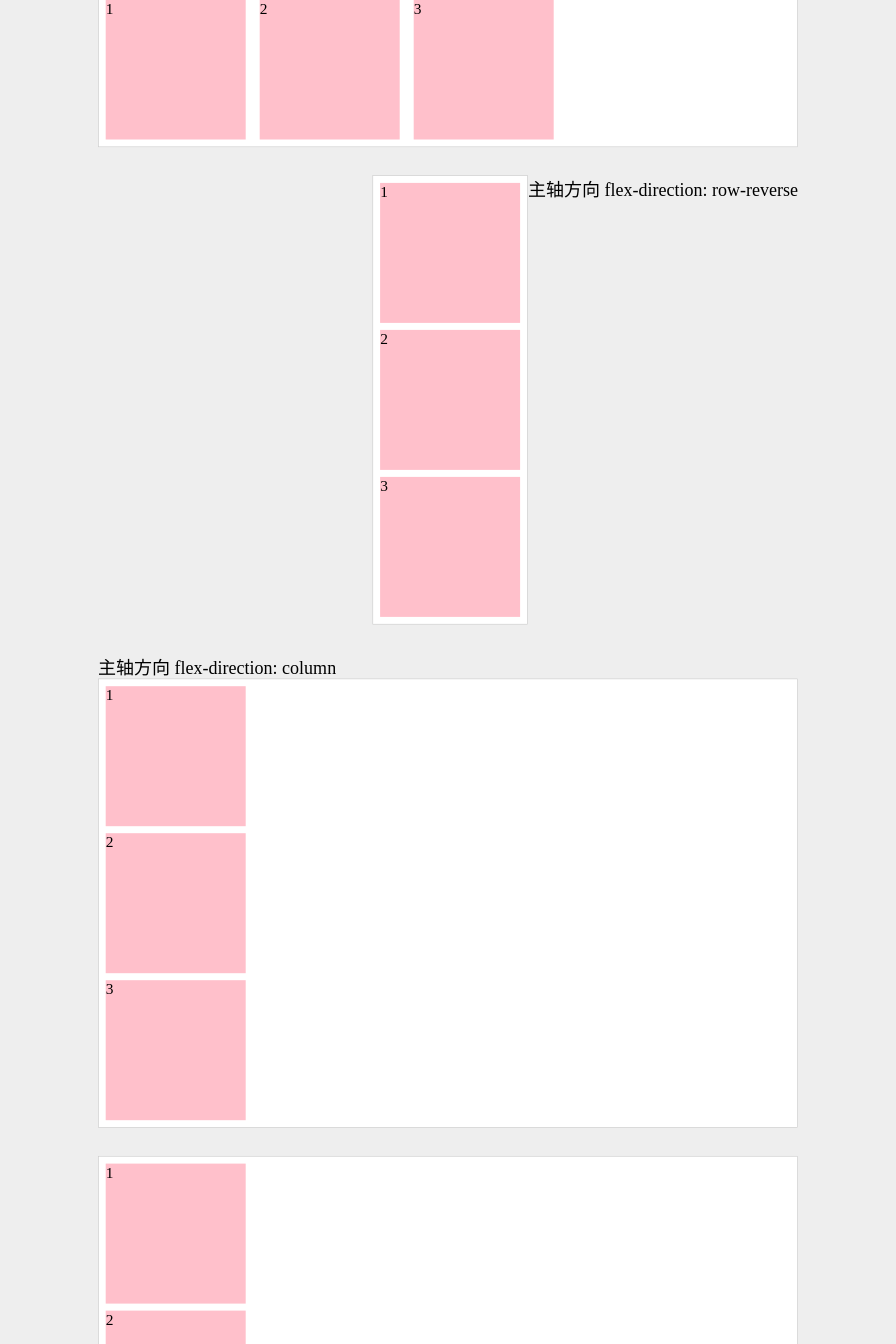
Repository: Germtao/Web
Page: web_css/css3_FLEX布局.html
An editor plug-in stored every save of this project. The page is shown before and after the next save, followed by the edit.
The browser window is 1280 px wide. The pictures show the part of the page from y = 686 to 2606 px (the page is 3056 px tall before and 2693 px after), at 70% of full size.

Above is the page before, as saved 2020-11-04 11:15:53.

### web_css/css3_FLEX布局.html
<!DOCTYPE html>
<html lang="en">

<head>
  <meta charset="UTF-8">
  <meta name="viewport" content="width=device-width, initial-scale=1.0">
  <title>CSS3-FLEX布局</title>

  <style>
    * {
      margin: 0;
      padding: 0;
      list-style: none;
    }

    body {
      background-color: #eee;
      font-family: "Microsoft Yahei";
      font-size: 22px;
    }

    h3 {
      font-weight: normal;
    }

    section {
      width: 1000px;
      margin: 40px auto;
    }

    ul {
      background-color: #fff;
      border: 1px solid #ccc;
    }

    ul li {
      width: 200px;
      height: 200px;
      background-color: pink;
      margin: 10px;
    }

    section:nth-child(1) {
      /* 清除浮动 */
      overflow: hidden;
    }

    section:nth-child(1) ul li {
      float: left;
    }

    /* 设置伸缩盒子 */
    section:nth-child(2) ul {
      display: flex;
    }

    /* 主轴方向 flex-direction:row */
    section:nth-child(3) ul {
      display: flex;
      flex-direction: row;
    }

    /* 主轴方向 flex-direction: row-reverse */
    section:nth-child(4) {
      display: flex;
      /* 水平翻转 */
      flex-direction: row-reverse;
    }

    /* 主轴方向 flex-direction: column */
    section:nth-child(5) {
      display: flex;
      flex-direction: column;
    }

    /* 主轴方向 flex-direction: column-reverse */
    section:nth-child(6) {
      display: flex;
      /* 垂直翻转 */
      flex-direction: column-reverse;
    }
  </style>
</head>

<body>
  <section>
    <h3>传统布局</h3>
    <ul>
      <li>1</li>
      <li>2</li>
      <li>3</li>
    </ul>
  </section>

  <section>
    <h3>伸缩布局 display: flex</h3>
    <ul>
      <li>1</li>
      <li>2</li>
      <li>3</li>
    </ul>
  </section>

  <section>
    <h3>主轴方向 flex-direction: row</h3>
    <ul>
      <li>1</li>
      <li>2</li>
      <li>3</li>
    </ul>
  </section>

  <section>
    <h3>主轴方向 flex-direction: row-reverse</h3>
    <ul>
      <li>1</li>
      <li>2</li>
      <li>3</li>
    </ul>
  </section>

  <section>
    <h3>主轴方向 flex-direction: column</h3>
    <ul>
      <li>1</li>
      <li>2</li>
      <li>3</li>
    </ul>
  </section>

  <section>
    <h3>主轴方向 flex-direction: column-reverse</h3>
    <ul>
      <li>1</li>
      <li>2</li>
      <li>3</li>
    </ul>
  </section>
</body>

</html>

After the next save:
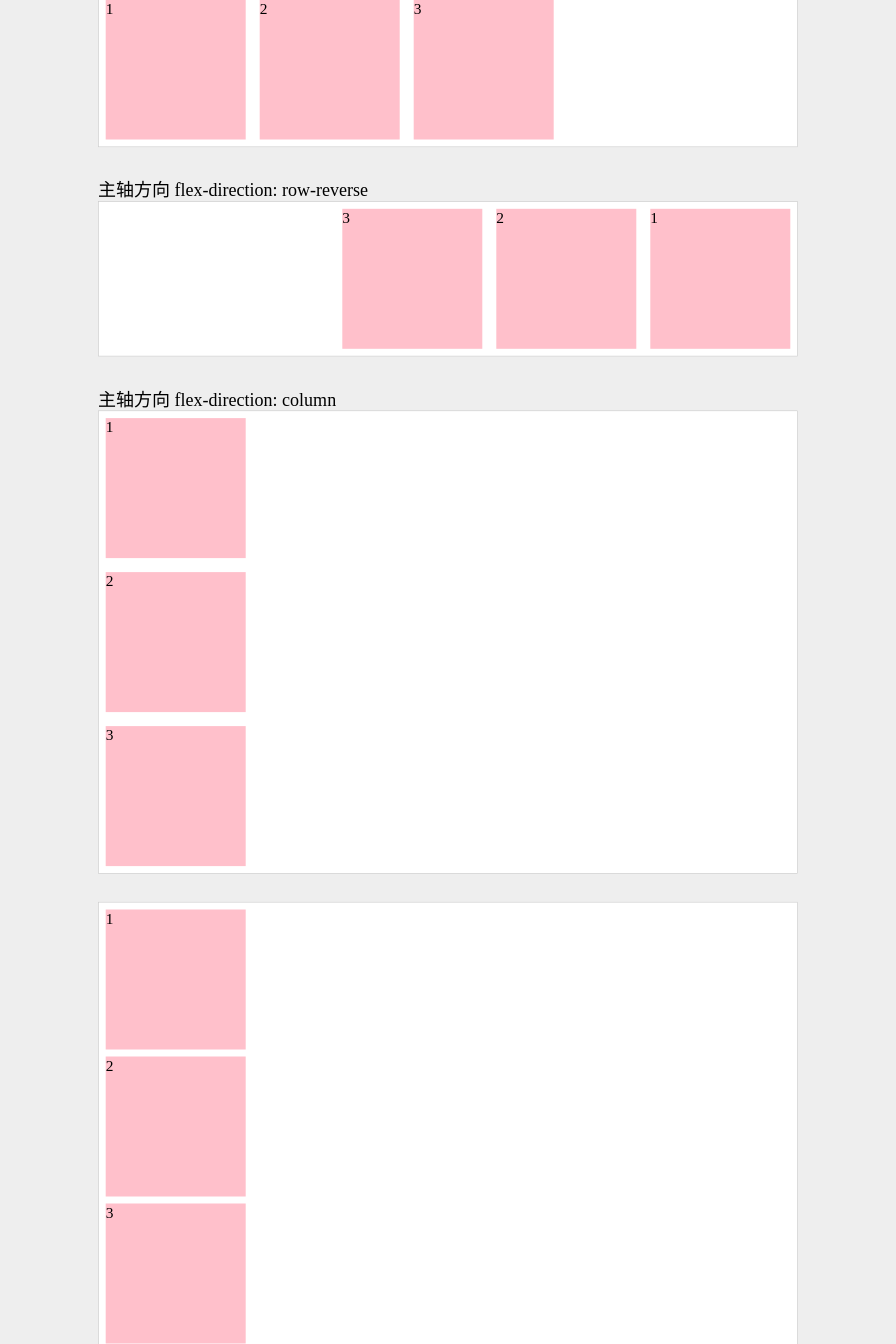
Saved 35 s later.
--- a/web_css/css3_FLEX布局.html
+++ b/web_css/css3_FLEX布局.html
@@ -61,14 +61,14 @@
     }
 
     /* 主轴方向 flex-direction: row-reverse */
-    section:nth-child(4) {
+    section:nth-child(4) ul {
       display: flex;
       /* 水平翻转 */
       flex-direction: row-reverse;
     }
 
     /* 主轴方向 flex-direction: column */
-    section:nth-child(5) {
+    section:nth-child(5) ul {
       display: flex;
       flex-direction: column;
     }
